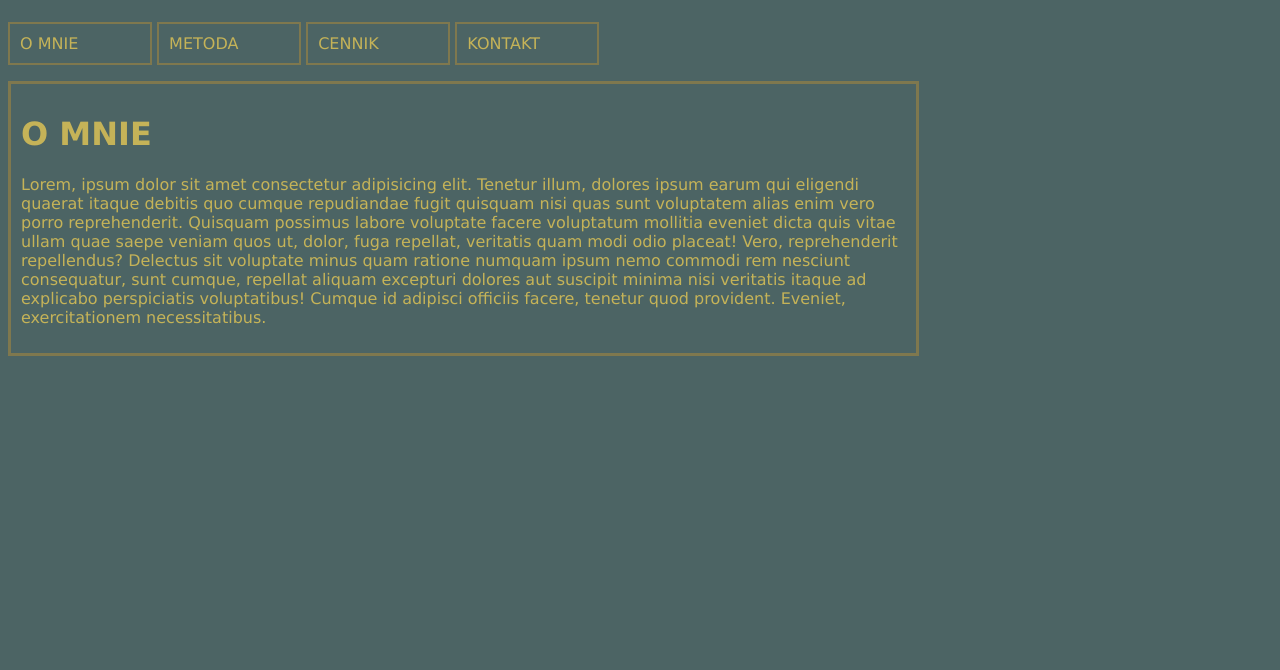
Repository: LechCieslak/zzz_webside
Page: index.html
These files come from the project's save history. The page is drawn as it stood at one moment and after the next save; the edit follows.
The browser window is 1280 px wide. The pictures show the whole page.
After loading, the first visible `li.uj1` was clicked once.

Above is the page before, as saved 2020-08-19 21:28:13.

After the next save:
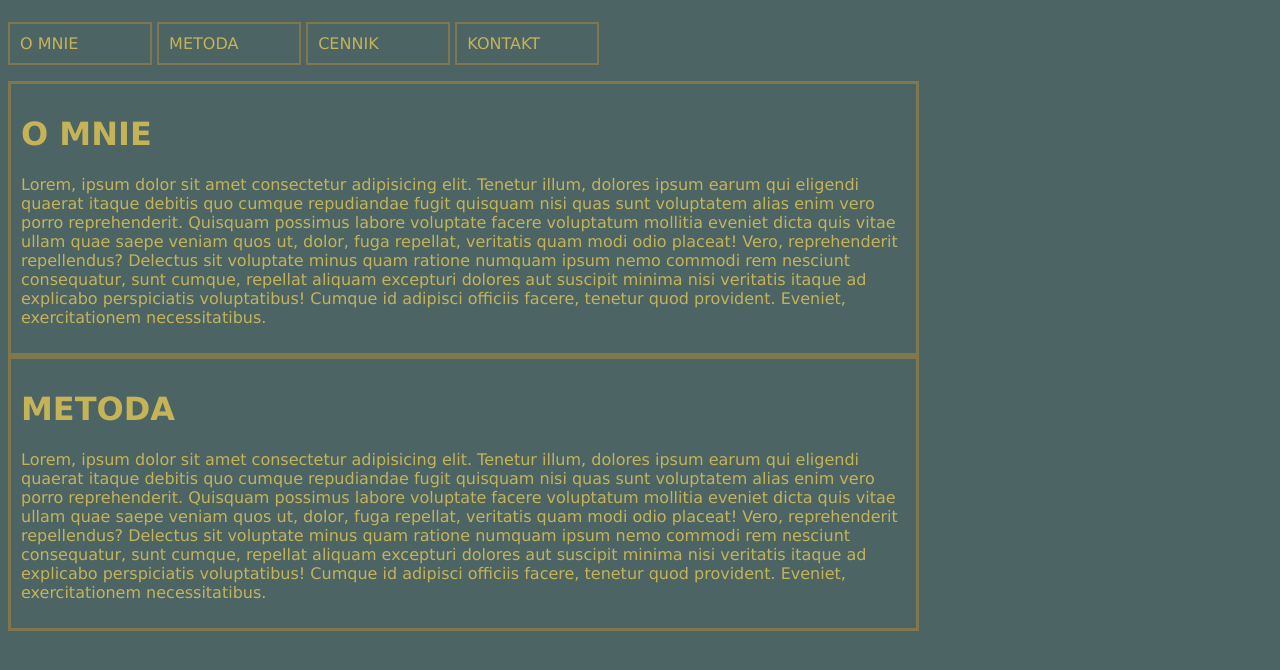
Saved 80 s later.
--- a/app.js
+++ b/app.js
@@ -4,6 +4,7 @@ let b = document.querySelector('.oMnie');
 
 a.addEventListener('click', e => {
   b.classList.toggle("nowa");
+  d.classList.toggle("nowa");
 });
 
 // a.addEventListener('click', e => {
